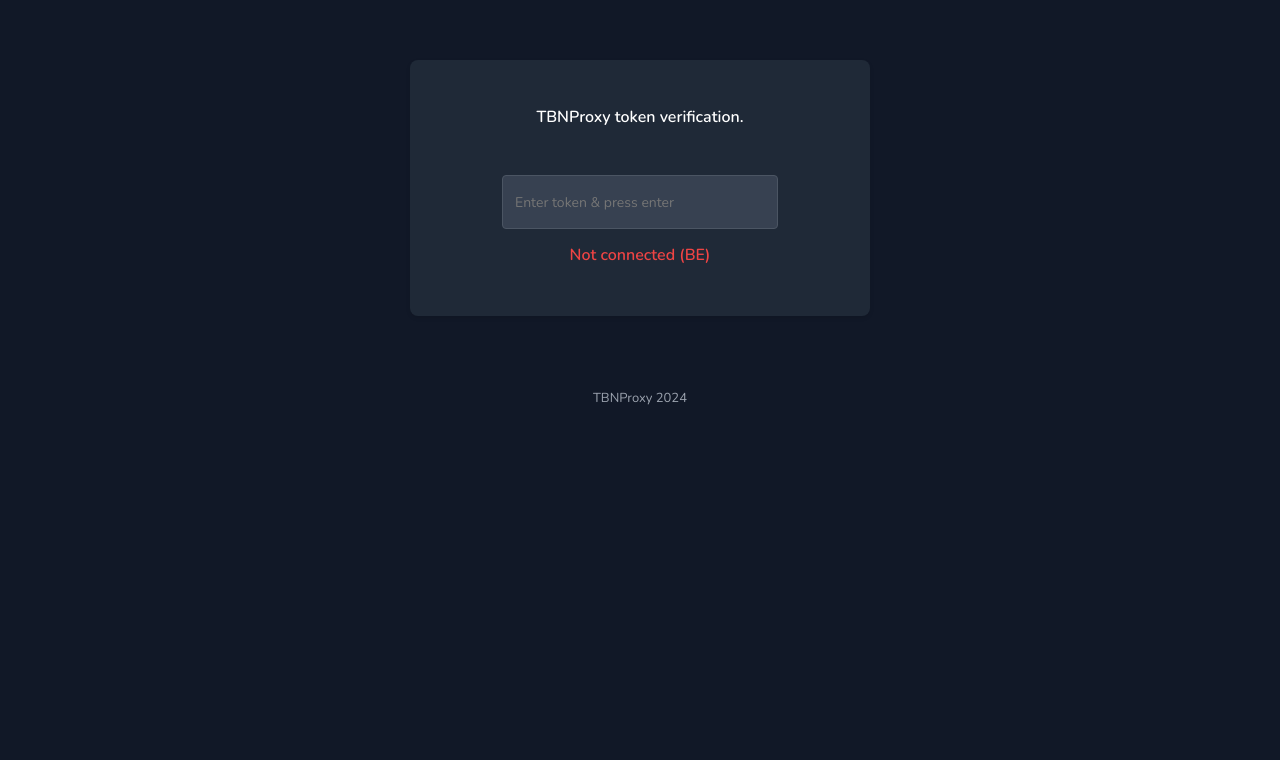
Repository: txdr/TBNProxyJS
Page: smdjd/desktop-views/index.html
These files come from the project's save history. The page is drawn as it stood at one moment and after the next save; the edit follows.
The browser window is 1280 px wide. The pictures show the whole page.
The page's requests for data from a server got no answer. Some web libraries are served in a nearby version.

Above is the page before, as saved 2025-01-07 16:44:23.
Console error: TypeError: Cannot read properties of undefined (reading 'value')

After the next save:
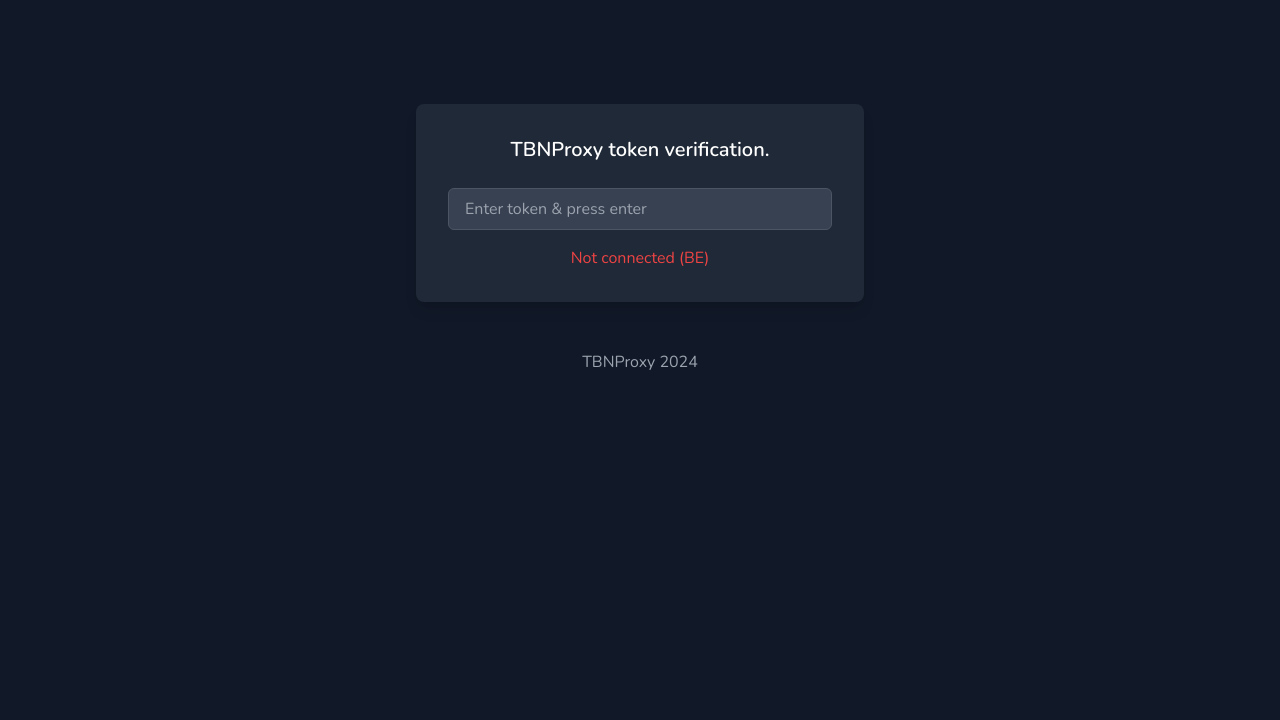
Saved 115 s later.
--- a/smdjd/desktop-views/index.html
+++ b/smdjd/desktop-views/index.html
@@ -1,48 +1,69 @@
 <!DOCTYPE html>
-
+<html>
 <head>
     <meta charset="UTF-8">
     <meta name="viewport" content="width=device-width, initial-scale=1.0">
     <title>TBNProxy</title>
+    <script src="https://cdn.tailwindcss.com"></script>
     <link href="https://fonts.googleapis.com/css2?family=Nunito:ital,wght@0,200..1000;1,200..1000&display=swap" rel="stylesheet">
-    <link rel="stylesheet" href="css/style.css">
+    <script>
+        tailwind.config = {
+            theme: {
+                extend: {
+                    fontFamily: {
+                        nunito: ['Nunito', 'sans-serif'],
+                    },
+                }
+            }
+        }
+    </script>
 </head>
 
-<body>
-    <div id="token">
-        <p>TBNProxy token verification.</p> <br/>
-        <input id="tokenInput" placeholder="Enter token & press enter"> <br/>
-        <p id="verification-error">Not connected (BE)</p>
+<body class="bg-gray-900 min-h-screen font-nunito text-white p-6">
+    <div id="token" class="max-w-md mx-auto mt-20 bg-gray-800 p-8 rounded-lg shadow-lg text-center">
+        <p class="text-xl font-semibold mb-6">TBNProxy token verification.</p>
+        <input id="tokenInput" class="w-full max-w-sm bg-gray-700 border border-gray-600 rounded-md px-4 py-2 text-white focus:outline-none focus:border-blue-500" placeholder="Enter token & press enter">
+        <p id="verification-error" class="mt-4 text-red-500">Not connected (BE)</p>
     </div>
 
-    <div id="home">
-        <div id="proxy" class="infoBox">
-            <p style="font-size: 20px;">Proxy</p> <hr/>
-            <button id="proxyStart" onclick="proxyStart()">Start Proxy</button>
-            <p id="serverInfo">Server Offline</p> <br />
-            <p id="proxyStatus" style="color: red;">Current Status: Offline</p>
+    <div id="home" class="hidden max-w-6xl mx-auto mt-8 grid grid-cols-1 md:grid-cols-2 lg:grid-cols-3 gap-6">
+        <div id="proxy" class="bg-gray-800 rounded-lg p-6 shadow-lg">
+            <p class="text-xl font-semibold mb-4">Proxy</p>
+            <hr class="border-gray-700 my-4">
+            <button id="proxyStart" onclick="proxyStart()" class="bg-blue-600 hover:bg-blue-700 text-white font-semibold py-2 px-6 rounded-md transition-colors">
+                Start Proxy
+            </button>
+            <p id="serverInfo" class="mt-4 text-gray-400">Server Offline</p>
+            <p id="proxyStatus" class="mt-2 font-semibold text-red-500">Current Status: Offline</p>
         </div>
 
-        <div id="servers" class="infoBox">
-            <p style="font-size: 20px;">Servers</p> <hr/>
-            <p>Add Server</p>
-            <input id="addServer" placeholder="Enter IP and press enter">
-            <p>Select Server</p>
-            <select id="serverSelect"></select> <br/>
-            <button onclick="removeServer()">Remove Server</button>
+        <div id="servers" class="bg-gray-800 rounded-lg p-6 shadow-lg">
+            <p class="text-xl font-semibold mb-4">Servers</p>
+            <hr class="border-gray-700 my-4">
+            <p class="text-gray-300 mb-2">Add Server</p>
+            <input id="addServer" class="w-full bg-gray-700 border border-gray-600 rounded-md px-4 py-2 text-white focus:outline-none focus:border-blue-500 mb-4" placeholder="Enter IP and press enter">
+            <p class="text-gray-300 mb-2">Select Server</p>
+            <select id="serverSelect" class="w-full bg-gray-700 border border-gray-600 rounded-md px-4 py-2 text-white focus:outline-none focus:border-blue-500 mb-4"></select>
+            <button onclick="removeServer()" class="bg-red-600 hover:bg-red-700 text-white font-semibold py-2 px-6 rounded-md transition-colors">
+                Remove Server
+            </button>
         </div>
 
-        <div id="authentication" class="infoBox">
-            <p style="font-size: 20px;">Authentication</p> <hr/>
-            <p id="authMessage" style="color: red;">No Authentication Needed.</p> <br/>
-            <button id="openLink">Open Link</button>
+        <div id="authentication" class="bg-gray-800 rounded-lg p-6 shadow-lg">
+            <p class="text-xl font-semibold mb-4">Authentication</p>
+            <hr class="border-gray-700 my-4">
+            <p id="authMessage" class="text-red-500 mb-4">No Authentication Needed.</p>
+            <button id="openLink" class="bg-indigo-600 hover:bg-indigo-700 text-white font-semibold py-2 px-6 rounded-md transition-colors">
+                Open Link
+            </button>
         </div>
     </div>
 
-    <div class="footer">
-        <p style="font-size: 13px;">TBNProxy 2024</p>
-    </div>
+    <footer class="text-center text-gray-400 mt-12 pb-6">
+        <p>TBNProxy 2024</p>
+    </footer>
 
     <script src="https://cdnjs.cloudflare.com/ajax/libs/socket.io/4.8.1/socket.io.js"></script>
     <script src="js/home.js"></script>
 </body>
+</html>
